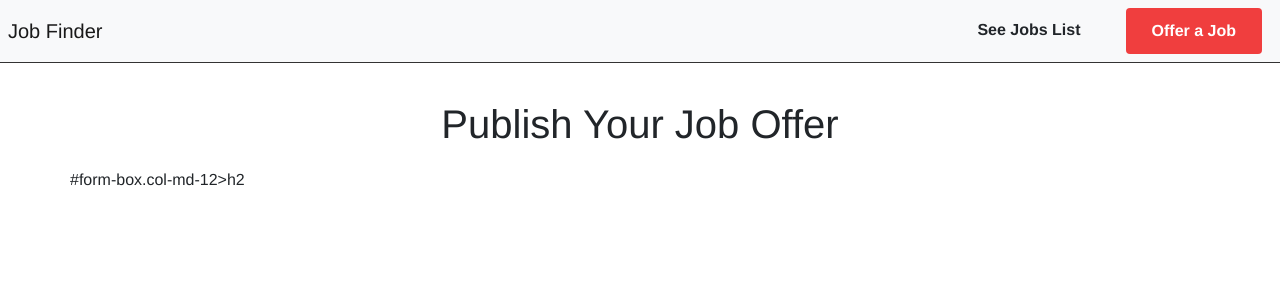
Repository: doncsar/couse-jobfinder-app
Page: templates/add.html
An editor plug-in stored every save of this project. The page is shown before and after a run of saves, followed by the edit.
The browser window is 1280 px wide. The pictures show the whole page.

Above is the page before, as saved 2023-12-20 20:18:28.

### templates/add.html
<!DOCTYPE html>
   <head>
      <meta charset="UTF-8" />
      <meta name="viewport" content="width=device-width, initial-scale=1.0" />
      <title>Add Job</title>
      <link
         href="https://cdn.jsdelivr.net/npm/bootstrap@5.2.3/dist/css/bootstrap.min.css"
         rel="stylesheet"
         integrity="sha384-rbsA2VBKQhggwzxH7pPCaAqO46MgnOM80zW1RWuH61DGLwZJEdK2Kadq2F9CUG65"
         crossorigin="anonymous"
      />
      <link rel="stylesheet" href="../public/css/styles.css" />
   </head>
<body>
         <header>
         <nav class="navbar fixed-top navbar-expand-lg navbar-light bg-light">
            <a href="index.html" class="navbar-brand">Job Finder</a>
            <button
               class="navbar-toggler"
               type="button"
               data-bs-toggle="collapse"
               data-bs-target="#navbarNav"
               aria-controls="navbarNav"
               aria-expanded="false"
               aria-label="Toggle navigation "
            >
               <span class="navbar-toggle-icon"></span>
            </button>
            <div
               class="collapse navbar-collapse justify-content-end"
               id="navbarNav"
            >
               <ul class="navbar-nav ml-auto">
                  <li class="nav-item">
                     <a class="nav-link" href="index.html">See Jobs List</a>
                  </li>
                  <li class="nav-item">
                     <a href="#" class="nav-link btn btn-primary"
                        >Offer a Job</a
                     >
                  </li>
               </ul>
            </div>
         </nav>
      </header>
      <div id="add-form-container" class="container">
         <div class="row">
            <div class="col-md-12">
               <h1 class="text-center">Publish Your Job Offer</h1>
            </div>
            #form-box.col-md-12>h2
         </div>
      </div>


      <script
         src="https://cdn.jsdelivr.net/npm/bootstrap@5.2.3/dist/js/bootstrap.bundle.min.js"
         integrity="sha384-kenU1KFdBIe4zVF0s0G1M5b4hcpxyD9F7jL+jjXkk+Q2h455rYXK/7HAuoJl+0I4"
         crossorigin="anonymous"
      ></script>
</body>
</html>

### public/css/styles.css
* {
   box-sizing: border-box;
   font-family: Helvetica, sans-serif;
}

/* nav */
.navbar {
   padding: 0.5rem;
   border-bottom: 1px solid #333;
   display: flex;
   justify-content: space-around;
}

.navbar .nav-item a {
   color: #212529;

}

.navbar .btn a {
   color: #fff;
}

.nav-item {
   margin: 0 10px;
}

.navbar-expand-lg .navbar-nav .nav-link {
   padding: 10px 25px;
   font-weight: bold;
}

.navbar .nav-item .btn {
   color: #fff;
   background-color: #f03e3e;
   border: 1px solid transparent;
   border-radius: 4px;
}

.nav-link.btn.btn-primary:hover,
#search-form button:hover,
.list-group-item a:hover,
#form-box button:hover {
   background-color: #fff;
   color: #f03e3e;
   border-color: #f03e3e;
   border-radius: 4px;
}

/* banner */
#top-container {
  height: 32rem;
   padding: 110px;
   background-color: #f7f9fc;
   border-bottom: 4px solid #01224b;
   margin-bottom: 30px;
   background-image: url('../img/banner2.jpg');
   background-position: 0 80px;
   background-size: cover;
   color: #fff;
}

#main-title {
   padding: 25px 10px;
   font-size: 3rem;
}

#main-subtitle {
   font-size: 1rem;
   margin-bottom: 5rem;
}

/* form */

#search-form {
   padding: 30px 100px;
}

#search-form .col-md-10,
#search-form .col-md-2 {
   padding: 0;
}

#search-form input,
#search-form button {
   width: 100%;
   border-radius: 0;
   height: 50px;
   font-size: 18px;
}

#search-form button {
   color: #fff;
   background-color: #f03e3e;
   border: 1px solid transparent;
   border-radius: 4px;
}

/* lista */

#jobs-container {
   padding: 0 100px;
   padding-bottom: 50px;
}

#job-list .list-group-item {
   margin-bottom: 8px;
   border: 1px solid #ffbebe;
   padding: 15px 80px;
   color: #212529;
   height: 120px;
}

#job-list .list-group-item p {
   font-size: 14px;
   margin-bottom: 5px;
}

#job-list .list-group-item.new-job {
   border: none;
   background-color: #fff7cc;
}

#job-list-title {
   margin-bottom: 35px;
}

.list-group-item img {
   width: 80px;
   border: 1px solid #212529;
   border-radius: 50%;
   background-color: #fff;
   position: absolute;
   left: -40px;
   top: calc(50% - 40px);
}

.list-group-item a {
   position: absolute;
   right: 20px;
   top: 35px;
   height: 50px;
   line-height: 35px;
   background-color: #f03e3e;
   border: 1px solid transparent;
   border-radius: 6px;
   color: #fff;
}

.new-job-label {
   background-color: #fde154;
   color: #6a6100;
   text-transform: uppercase;
   font-weight: bold;
   padding: 5px 10px;
   position: absolute;
   right: 250px;
   top: 40px;
   display: none;
}

.new-job .new-job-label {
   display: block;
}

/* add page */

#add-form-container {
   margin-top: 100px;
}

#form-box {
   padding: 50px;
   box-shadow: 0 1px 5px rgba(0, 0, 0, 0.15);
   border-radius: 4px;
   background-color: #fff;
   margin-bottom: 50px;
}

#add-form-container h1 {
   margin-bottom: 20px;
}

#add-form-container h2 {
   color: #f03e3e;
   font-weight: bold;
   font-size: 24px;
   margin-bottom: 30px;
}

#add-form-container form label {
   font-weight: bold;
}

#add-form-container form input,
#add-form-container form textarea {
   border: 2px solid #ccc;
   background-color: #f8f9fa;
}

#form-box button {
   height: 50px;
   width: 200px;
   background-color: #f03e3e;
   border: 1px solid transparent;
   border-radius: 0;
   margin-top: 20px;
}

/* job-view */

#job-view-container {
   margin-top: 100px;
}

#job-view-container h1 {
   margin-bottom: 30px;
}

#img-container {
   margin-top: 20px;
   margin-bottom: 30px;
}

#img-container img {
   width: 100px;
   border-radius: 50%;
   border: 1px solid #212529;
}

.job-desc {
   width: 60%;
   margin-left: auto;
   margin-right: auto;
}

.bold {
   font-weight: bold;
}

.main-color {
   color: #f03e3e;
}

.back-link {
   border: 1px solid #f03e3e;
   padding: 5px 10px;
   transition: 0.5s;
}

.back-link:hover {
   background-color: #f03e3e;
   color: #fff;
   text-decoration: none;
}

/* responsivo */

@media (max-width: 481px) {
   /* navbar */
   #navbarNav {
      text-align: center;
   }

   /* home */
   #top-container {
      padding: 50px;
      padding-top: 100px;
   }

   #main-title {
      font-size: 2.2rem;
   }

   #main-subtitle {
      font-size: 1.5rem;
   }

   #search-form {
      padding: 0;
   }

   #jobs-container {
      padding: 20px;
   }

   .list-group-item {
      padding: 15px 85px;
   }

   .list-group-item h2 {
      font-size: 1.2rem;
      width: 80%;
   }

   .list-group-item img {
      width: 50px;
      left: 15px;
      top: calc(50% - 25px);
   }

   .new-job .new-job-label {
      display: none;
   }

   /* job view*/

   .back-link {
      margin-left: 30px;
   }

   #job-view-container p {
      font-size: 1.3rem;
   }

   .job-desc {
      width: 80%;
   }

   /* add view */

   #form-box {
      padding: 25px;
   }

   #form-box h2 {
      font-size: 1rem;
      text-align: center;
   }

   #form-box button {
      width: 100%;
   }
}

After the next 3 saves:
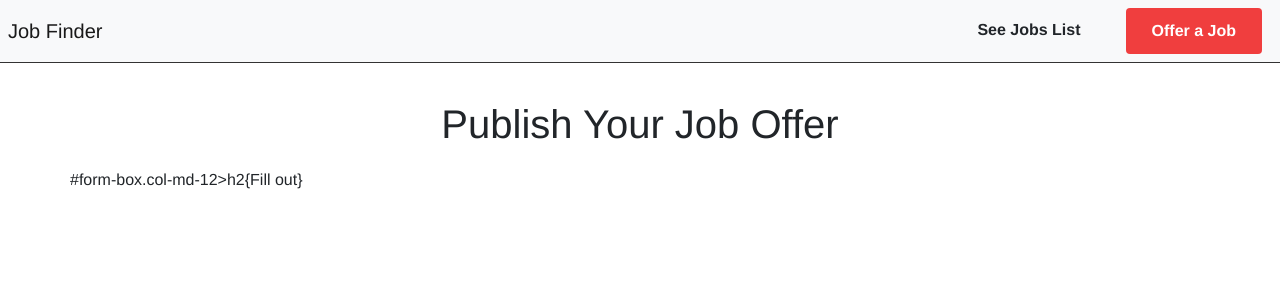
The 3 saves are shown as one change because they came seconds apart.
The last was saved 8 s later.
--- a/templates/add.html
+++ b/templates/add.html
@@ -48,7 +48,7 @@
             <div class="col-md-12">
                <h1 class="text-center">Publish Your Job Offer</h1>
             </div>
-            #form-box.col-md-12>h2
+            #form-box.col-md-12>h2{Fill out}
          </div>
       </div>
 
